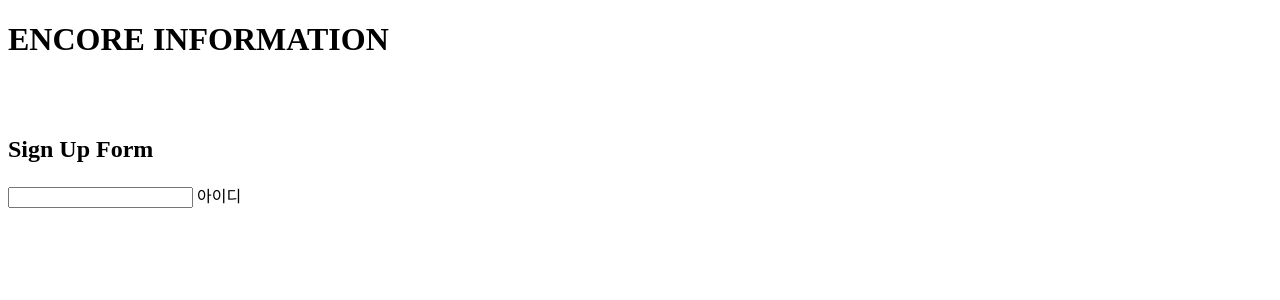
Repository: KangHoi/encore_vueWorkspace
Page: vue03_Event/WebContent/vue10_example.html
The author's editor kept a copy of each file at every save. The page is drawn from the files as they stood at one save, then again after the next save.
The browser window is 1280 px wide. The pictures show the whole page.

Above is the page before, as saved 2021-07-13 00:43:45.

### vue03_Event/WebContent/vue10_example.html
<!DOCTYPE html>
<html>
<head>
<meta charset="UTF-8">
<title>Insert title here</title>
<script src="https://cdn.jsdelivr.net/npm/vue/dist/vue.js"></script>
</head>
<body>

	<h1> ENCORE INFORMATION </h1>
	<br><br>
	<h2> Sign Up Form </h2>
	<input type="text"> 아이디 </input>
<script>

</script>
</body>
</html>

After the next save:
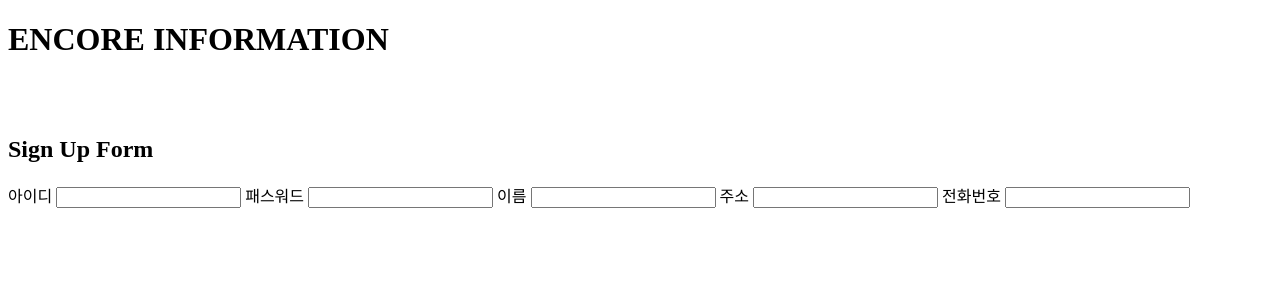
Saved 35 s later.
--- a/vue03_Event/WebContent/vue10_example.html
+++ b/vue03_Event/WebContent/vue10_example.html
@@ -10,7 +10,11 @@
 	<h1> ENCORE INFORMATION </h1>
 	<br><br>
 	<h2> Sign Up Form </h2>
-	<input type="text"> 아이디 </input>
+	아이디 <input type="text">
+	패스워드 <input type="text">
+	이름 <input type="text">
+	주소 <input type="text">
+	전화번호 <input type="text">
 <script>
 
 </script>
